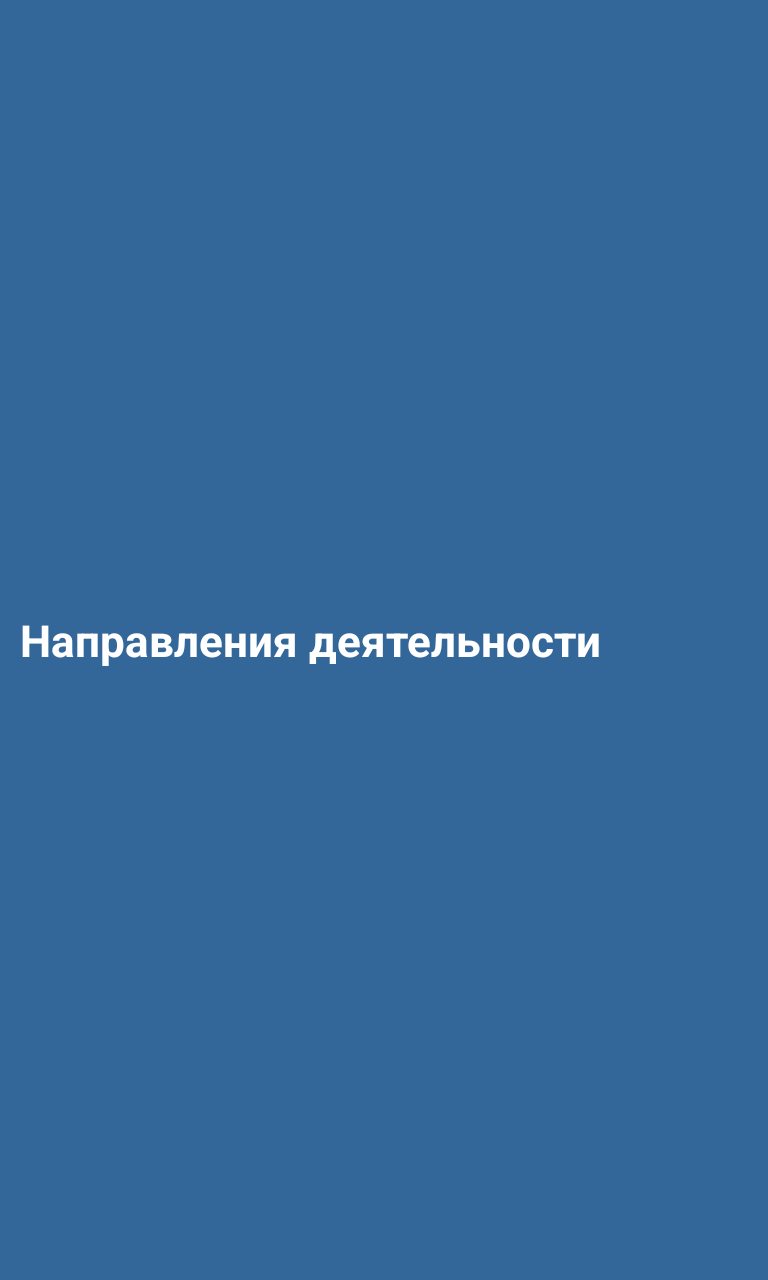
Repository: complexityclass/GosClient
Layout: Client/res/layout/list_header_row_main.xml
These files come from the project's save history. The layout is drawn as it stood at one moment and after the next save; the edit follows.
It is drawn on a 768 x 1280 px phone screen (xhdpi) without system bars, with theme AppTheme; the app's code is not run.

Above is the layout before, as saved 2013-02-28 13:20:43.

After the next save:
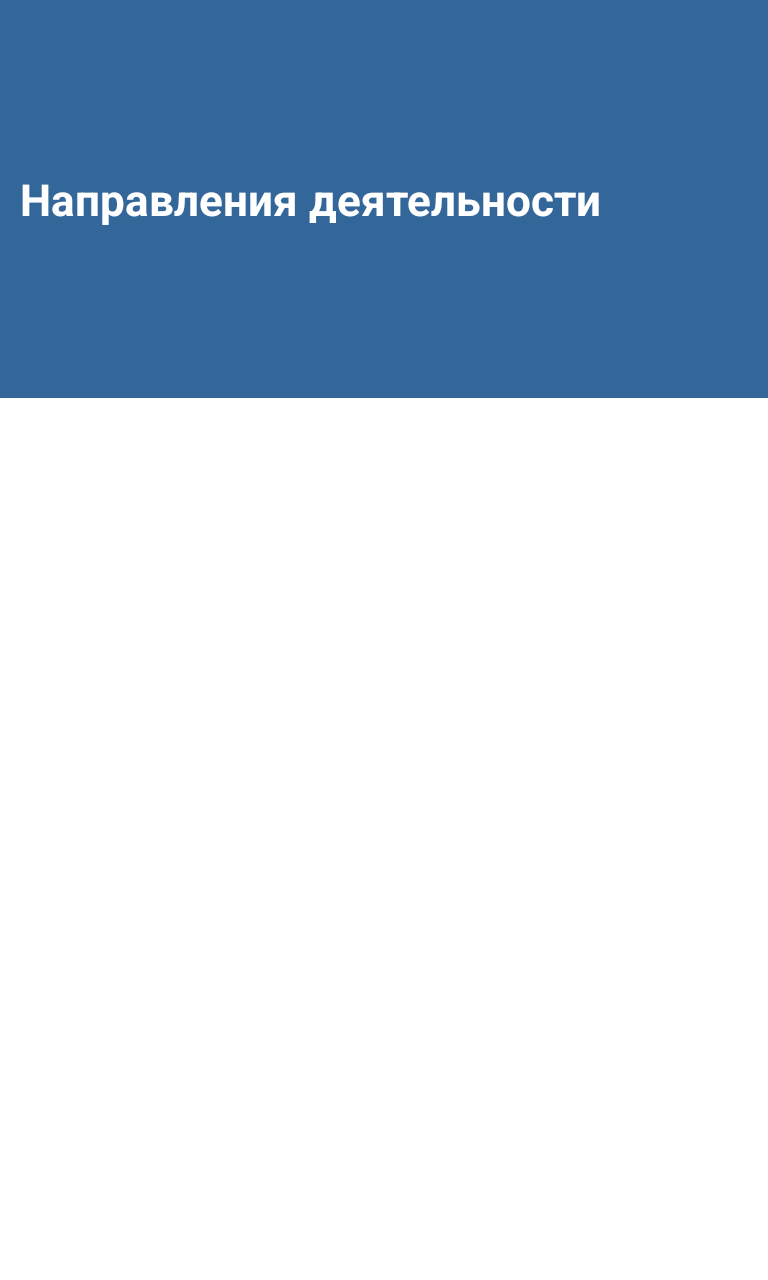
Saved 58 s later.
--- a/Client/res/layout/list_header_row_main.xml
+++ b/Client/res/layout/list_header_row_main.xml
@@ -5,17 +5,18 @@
     android:layout_width="fill_parent"
     android:layout_height="fill_parent">
 
-     <TextView android:id="@+id/txtHeader"
+    <TextView
+        android:id="@+id/txtHeader"
         android:layout_width="fill_parent"
-        android:layout_height="fill_parent"
+        android:layout_height="199dp"
+        android:background="#336699"
         android:gravity="center_vertical"
-        android:layout_alignParentTop="true"
-        android:layout_alignParentBottom="true"
-        android:textStyle="bold"
-        android:textSize="22dp"
-        android:textColor="#FFFFFF"
         android:padding="10dp"
         android:text="Направления деятельности"
-        android:background="#336699" />
+        android:textColor="#FFFFFF"
+        android:textSize="22dp"
+        android:textStyle="bold" />
+
+
 
 </LinearLayout>
